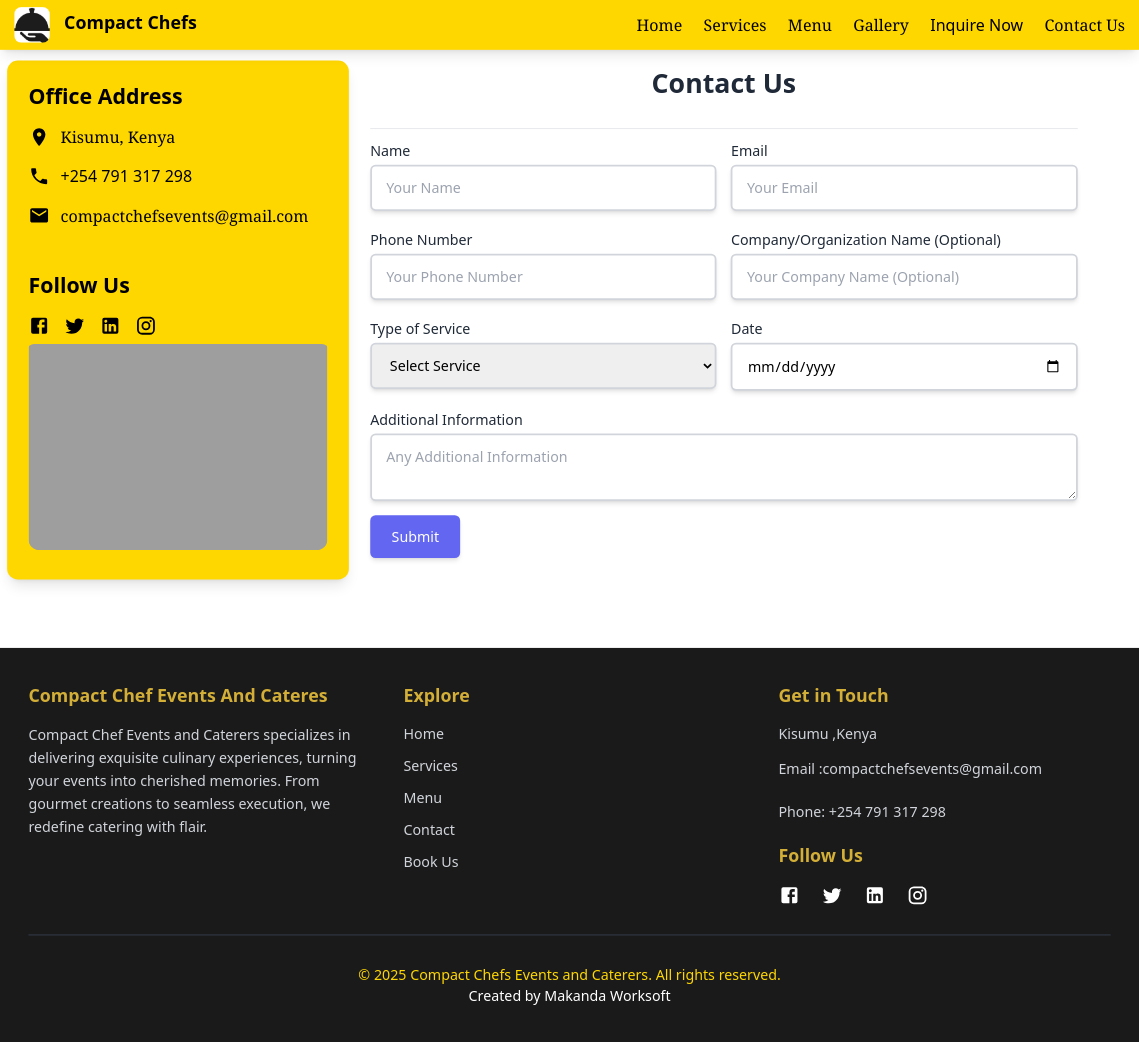
Repository: makanda596/compactchef
Page: /contact
An editor plug-in stored every save of this project. The page is shown before and after the next save, followed by the edit.
The browser window is 1280 px wide. The pictures show the whole page, at 89% of full size.
Pictures or frames that could not be fetched are drawn as grey boxes. The project was rebuilt for these pictures with package versions that can differ from the ones it lists, and the page was loaded fresh each time. Also part of the build but not shown: src/components/Hero.jsx, src/components/Client.jsx, src/components/Reviews.jsx, src/components/About.jsx, src/pages/Home.jsx, src/pages/Services.jsx, src/pages/Menu.jsx, src/pages/Book.jsx and 1 more.

Above is the page before, as saved 2025-01-21 14:39:23.

After the next save:
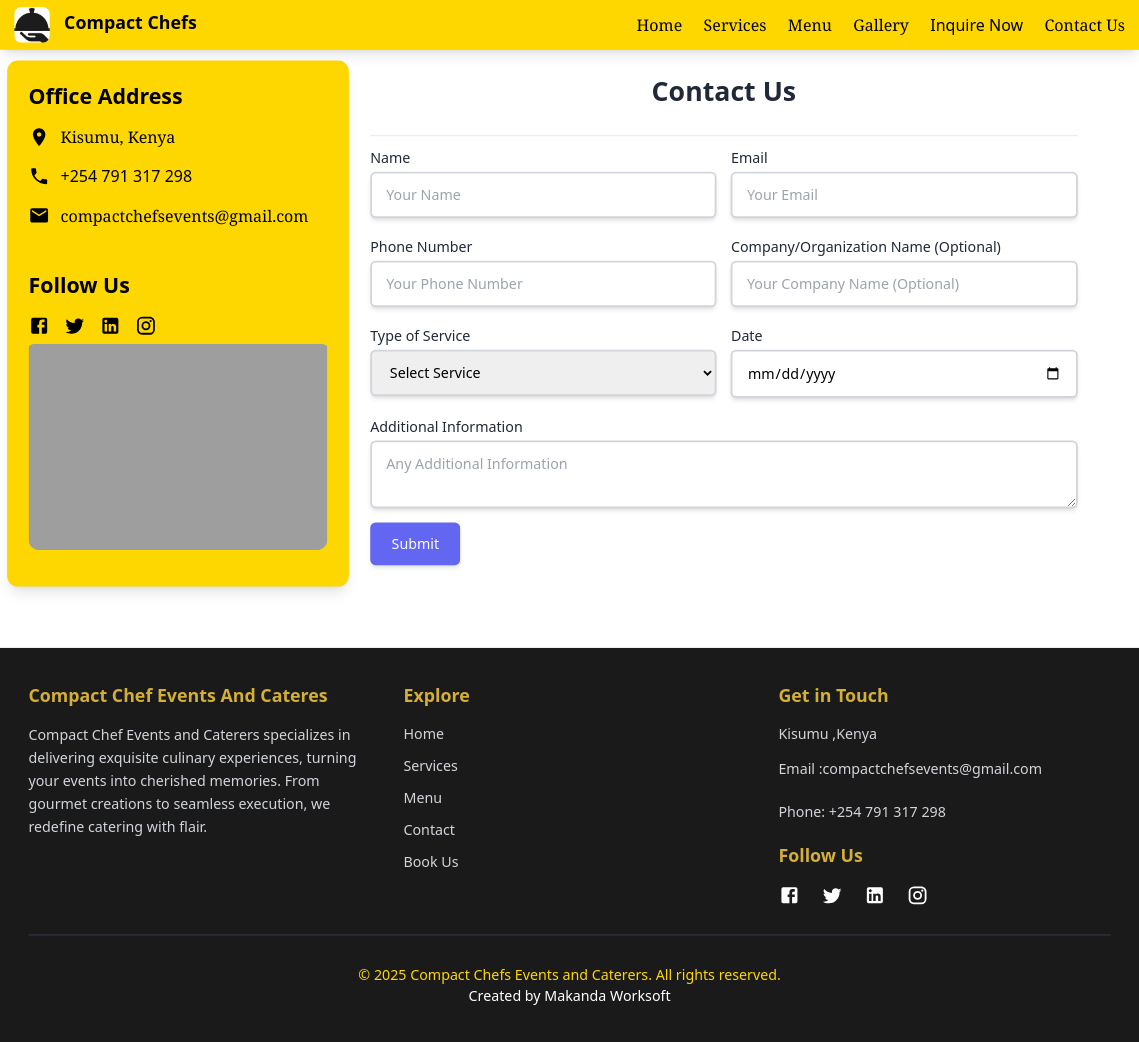
Saved 41 s later.
--- a/src/pages/Contact.jsx
+++ b/src/pages/Contact.jsx
@@ -118,7 +118,7 @@
                         </div>
 
                         {/* Right Column */}
-                        <div className="w-full p-6 pt-2 md:w-2/3">
+                        <div className="w-full p-6 pt-4 md:w-2/3">
                             <div className="divide-y divide-gray-200 space-y-0">
                                 <div className="pb-8 text-center">
                                     <h1 className="text-3xl font-bold text-gray-800">Contact Us</h1>

After the save that followed:
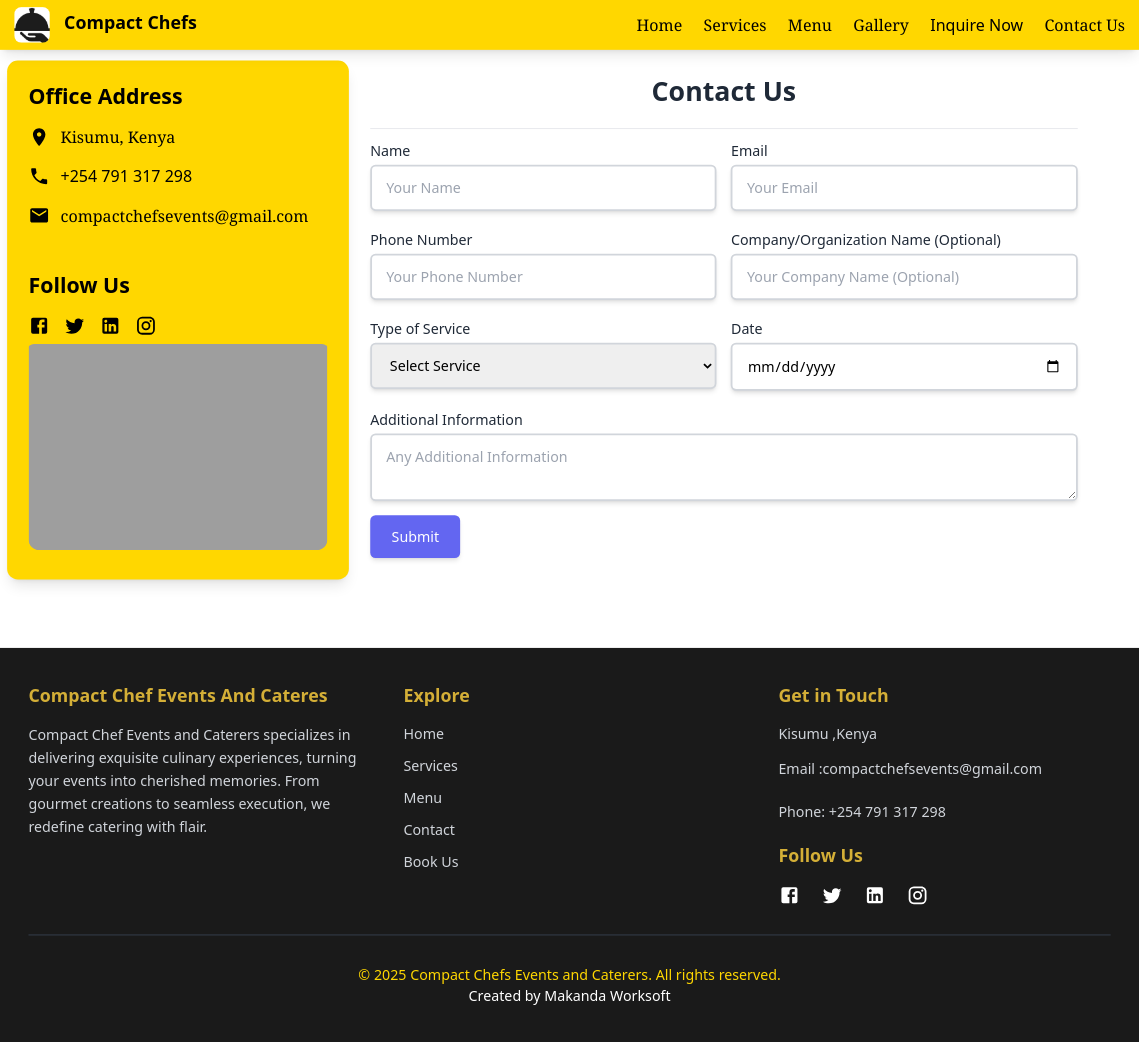
Saved 19 s later.
--- a/src/pages/Contact.jsx
+++ b/src/pages/Contact.jsx
@@ -120,7 +120,7 @@
                         {/* Right Column */}
                         <div className="w-full p-6 pt-4 md:w-2/3">
                             <div className="divide-y divide-gray-200 space-y-0">
-                                <div className="pb-8 text-center">
+                                <div className="pb-6 text-center">
                                     <h1 className="text-3xl font-bold text-gray-800">Contact Us</h1>
                                 </div>
 
